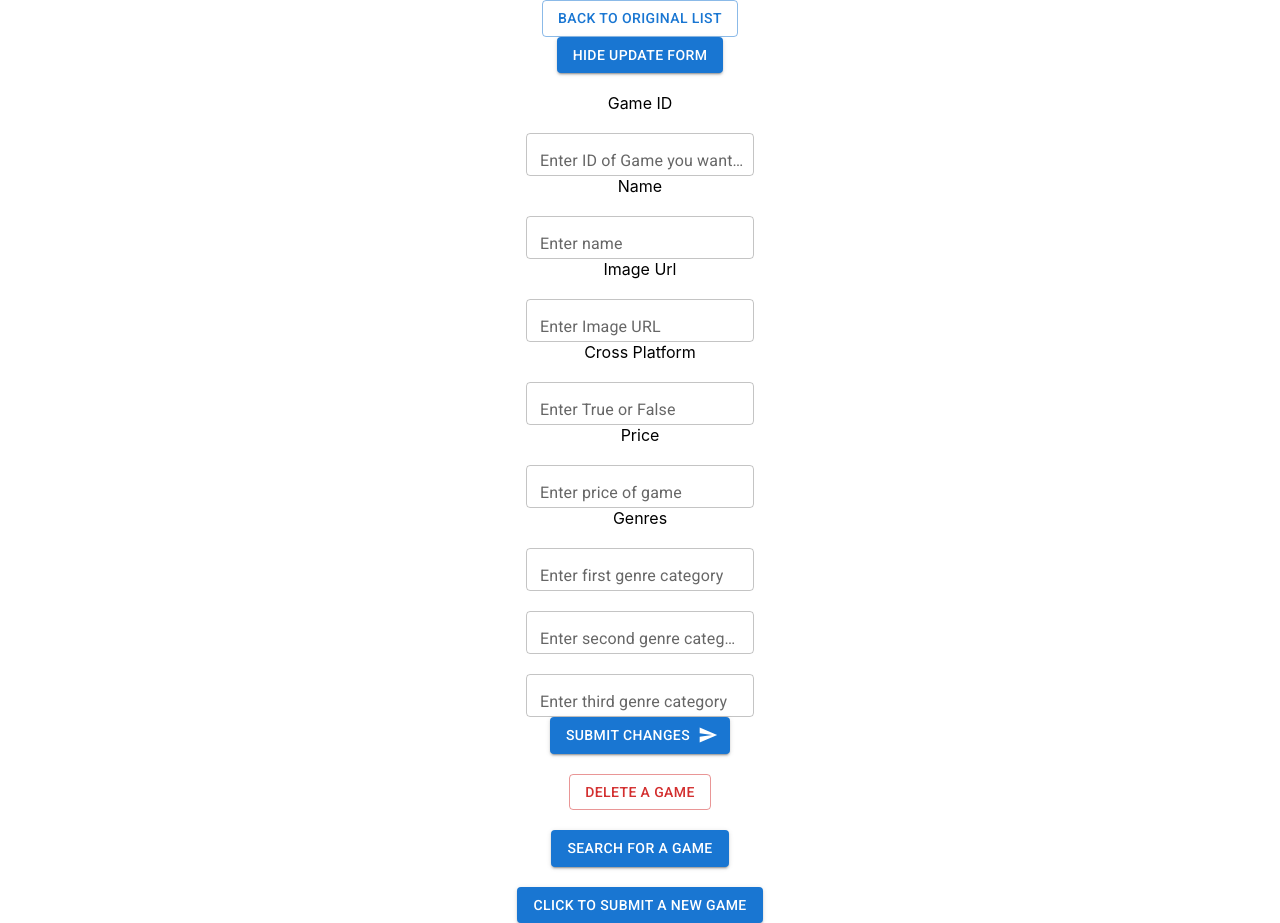
Repository: The-Software-Guild/assessment-2-react-nj10deadend
Page: / (app in Part-2/React-section/frontend/), after clicking the first element matching `button.MuiButton-contained`
These files come from the project's save history. The page is drawn as it stood at one moment and after the next save; the edit follows.
The browser window is 1280 px wide. The pictures show the whole page.
The page's requests for data from a server got no answer. The project was rebuilt for these pictures with package versions that can differ from the ones it lists, and the page was loaded fresh each time. No one was signed in, and anything a server would have sent is missing. Also part of the build but not shown: Part-2/React-section/frontend/src/components/GameCards.js.

Above is the page before, as saved 2021-12-19 22:49:37.

### Part-2/React-section/frontend/public/index.html
<!DOCTYPE html>
<html lang="en">
  <head>
    <meta charset="utf-8" />
    <link rel="icon" href="%PUBLIC_URL%/favicon.ico" />
    <meta name="viewport" content="width=device-width, initial-scale=1" />
    <meta name="theme-color" content="#000000" />
    <meta name="viewport" content="initial-scale=1, width=device-width" />
    <meta
      name="description"
      content="Web site created using create-react-app"
    />
    <link rel="apple-touch-icon" href="%PUBLIC_URL%/logo192.png" />
    <!--
      manifest.json provides metadata used when your web app is installed on a
      user's mobile device or desktop. See https://developers.google.com/web/fundamentals/web-app-manifest/
    -->
    <link rel="manifest" href="%PUBLIC_URL%/manifest.json" />
    <!--
      Notice the use of %PUBLIC_URL% in the tags above.
      It will be replaced with the URL of the `public` folder during the build.
      Only files inside the `public` folder can be referenced from the HTML.

      Unlike "/favicon.ico" or "favicon.ico", "%PUBLIC_URL%/favicon.ico" will
      work correctly both with client-side routing and a non-root public URL.
      Learn how to configure a non-root public URL by running `npm run build`.
    -->
    <link
      rel="stylesheet"
      href="https://fonts.googleapis.com/css?family=Roboto:300,400,500,700&display=swap"
    />
    <link
      rel="stylesheet"
      href="https://fonts.googleapis.com/icon?family=Material+Icons"
    />
    <title>React App</title>
  </head>
  <body>
    <noscript>You need to enable JavaScript to run this app.</noscript>
    <div id="root"></div>
    <!--
      This HTML file is a template.
      If you open it directly in the browser, you will see an empty page.

      You can add webfonts, meta tags, or analytics to this file.
      The build step will place the bundled scripts into the <body> tag.

      To begin the development, run `npm start` or `yarn start`.
      To create a production bundle, use `npm run build` or `yarn build`.
    -->
  </body>
</html>

### Part-2/React-section/frontend/src/index.css
body {
  margin: 0;
  font-family: -apple-system, BlinkMacSystemFont, 'Segoe UI', 'Roboto', 'Oxygen',
    'Ubuntu', 'Cantarell', 'Fira Sans', 'Droid Sans', 'Helvetica Neue',
    sans-serif;
  -webkit-font-smoothing: antialiased;
  -moz-osx-font-smoothing: grayscale;
}

code {
  font-family: source-code-pro, Menlo, Monaco, Consolas, 'Courier New',
    monospace;
}

.imgs {
  height: 300px;
  width: 300px;
  border-radius: 5px;
}
.game-cards {
  border-color: lightblue;
  border-style: outset;
}
.divider {
  border-top: 1px dotted lightblue;
}
/* .input-fields {
  height: 10px;
  width: 200px;
} */
#outlined-basic1 {
  height: 10px;
  width: 200px;
}
#outlined-basic2 {
  height: 10px;
  width: 200px;
}
#outlined-basic3 {
  height: 10px;
  width: 200px;
}
#outlined-basic4 {
  height: 10px;
  width: 200px;
}
#outlined-basic5 {
  height: 10px;
  width: 200px;
}
#outlined-basic6 {
  height: 10px;
  width: 200px;
}
#outlined-basic7 {
  height: 10px;
  width: 200px;
}
#outlined-basic8 {
  height: 10px;
  width: 200px;
}

### Part-2/React-section/frontend/src/App.js
import './App.css';
import Home from './components/Home';
import AddGameForm from './components/AddGameForm';
import GameSearch from './components/GameSearch';
import UpdateGame from './components/UpdateGame';
import DeleteGame from './components/DeleteGame';
import axios from 'axios';
import {useState, useEffect} from 'react';
import Container from '@mui/material/Container';

// import {Container} from '@mui/material';
import Button from '@mui/material/Button';
// import Typography from '@mui/material/Typography';

function App() {

  const [gameData, setGameData] = useState([]);

  function getFetchGameServer () {
    axios.get(`http://localhost:8080/allGames`)
      .then(res => {
        setGameData(res.data)
      })

  }

  useEffect(getFetchGameServer, []);

  return (
    // <div className="App">
    <Container className="App">

      <Button variant="outlined"onClick={getFetchGameServer}>Back to Original List</Button>
      <UpdateGame getFetchGameServer={getFetchGameServer}/>
      <br></br>
      <DeleteGame getFetchGameServer={getFetchGameServer} />
      <br></br>
      <GameSearch setGameData={setGameData}/>
      <br></br>
      <AddGameForm setGameData={setGameData}/>


      <Home gameData={gameData}/>

    </Container>

  );
}

export default App;

### Part-2/React-section/frontend/src/components/Home.js
import GameCards from "./GameCards";


function Home ({gameData}) {

    const renderGameData = gameData.map(eachGame => {
        // console.log(eachGame._id);
        return (
            <GameCards key={eachGame._id} eachGame={eachGame} />
        )
    })
    return (
        <div>
            {renderGameData}

        </div>
    )
}

export default Home;

### Part-2/React-section/frontend/src/components/AddGameForm.js
import {useState, useEffect} from 'react';
import axios from 'axios';
import Button from '@mui/material/Button';
import SendIcon from '@mui/icons-material/Send';
import TextField from '@mui/material/TextField';


function AddGameForm ({setGameData}) {

    const [clicked, setClicked] = useState(false);
    const [submitted, setSubmitted] = useState(false);
    const [name, setName] = useState("");
    const [img, setImg] = useState("");
    const [crossPlatform, setCrossPlatform] = useState("");
    const [price, setPrice] = useState("");
    const [genres, setGenres] = useState(["", "", ""]);
    const buttonText = clicked ? "Hide Submission Form" : "Click to Submit a New Game"

    function postRequest() {
        return axios.post('http://localhost:8080/allGames', {
            name: name,
            img: img,
            cross_platform: crossPlatform,
            price: price,
            genres: genres
        })
        .then(function (response) {
            console.log(response);
            return response.data;
        })
        .catch(function (error) {
            console.log(error);
            return null;
        });
    }

    async function onSubmit(event) {
        event.preventDefault();
        setName("");
        setImg("");
        setCrossPlatform("");
        setPrice("");
        setGenres(["", "", ""]);
        const newGame = await postRequest();
        // console.log(newGame);
        setGameData((oldInfo)=> {
            // console.log(oldInfo)
            return [...oldInfo, newGame]
        })
    }

    return (
        <div>
            <Button variant="contained" onClick={() => {setClicked(!clicked)}}>{buttonText}</Button>
            {clicked && (
                <form onSubmit={onSubmit}>
                <div>
                    <label for="name">Name</label>
                    <br></br>
                    <br></br>
                    <TextField id="outlined-basic2" label="Enter name"
                    variant="outlined"
                    onChange={(event) => {setName(event.target.value)}}
                    value = {name}
                    />
                </div>
                <div>
                    <label for="img">Image Url</label>
                    <br></br>
                    <br></br>
                    <TextField id="outlined-basic3" label="Enter Image URL"
                    variant="outlined"
                    onChange={(event) => {setImg(event.target.value)}}
                    value = {img}
                    />
                </div>
                <div>
                    <label for="cross platform">Cross Platform</label>
                    <br></br>
                    <br></br>
                    <TextField id="outlined-basic4" label="Enter True or False"
                    variant="outlined"
                    onChange={(event) => {setCrossPlatform(event.target.value)}}
                    value = {crossPlatform}
                    />
                </div>
                <div>
                    <label for="price">Price</label>
                    <br></br>
                    <br></br>
                    <TextField id="outlined-basic5" label="Enter price of game"
                    variant="outlined"
                    onChange={(event) => {setPrice(event.target.value)}}
                    value = {price}
                    />
                </div>
                <div>
                    <label for="genres">Genres</label>
                    <br></br>
                    <br></br>
                    <TextField id="outlined-basic6" label="Enter first genre category"
                    variant="outlined"
                    onChange={(event) => {setGenres([event.target.value, genres[1], genres[2]])}}
                    value = {genres[0]}
                    />
                    <br></br>
                    <br></br>
                    <TextField id="outlined-basic7" label="Enter second genre category"
                    variant="outlined"
                    onChange={(event) => {setGenres([genres[0], event.target.value, genres[2] ])}}
                    value = {genres[1]}
                    />
                    <br></br>
                    <br></br>
                    <TextField id="outlined-basic8" label="Enter third genre category"
                    variant="outlined"
                    onChange={(event) => {setGenres([genres[0], genres[1], event.target.value])}}
                    value = {genres[2]}
                    />

                </div>
                <Button variant="contained" endIcon={<SendIcon />} type="submit">Submit new Game</Button>

            </form>
                // <form onSubmit={onSubmit}>
                //     <div>
                //         <label for="name">Name</label>
                //         <br></br>
                //         <input type="text" name="name" placeholder="Enter name" id="name"
                //         value={name} onChange={(event) => {setName(event.target.value)}}/>
                //     </div>
                //     <div>
                //         <label for="img">Image Url</label>
                //         <br></br>
                //         <input type="text" name="img" placeholder="Enter image URL" id="img"
                //         value={img} onChange={(event) => {setImg(event.target.value)}}/>
                //     </div>
                //     <div>
                //         <label for="cross platform">Cross Platform</label>
                //         <br></br>
                //         <input type="text" name="cross platform" placeholder="Enter true or false" id="cross_platform"
                //         value={crossPlatform} onChange={(event) => {setCrossPlatform(event.target.value)}}/>
                //     </div>
                //     <div>
                //         <label for="price">Price</label>
                //         <br></br>
                //         <input type="text" name="price" placeholder="Enter price of game" id="price"
                //         value={price} onChange={(event) => {setPrice(event.target.value)}} />
                //     </div>
                //     <div>
                //         <label for="genres">Genres</label>
                //         <br></br>
                //         <input type="text" name="genre1" placeholder="Enter first genre category" id="genre1"
                //         value={genres[0]} onChange={(event) => {setGenres([event.target.value, genres[1], genres[2]])}}/>
                //         <br></br>
                //         <input type="text" name="genre2" placeholder="Enter second genre category" id="genre2"
                //         value={genres[1]} onChange={(event) => {setGenres([genres[0], event.target.value, genres[2] ])}}/>
                //         <br></br>
                //         <input type="text" name="genre3" placeholder="Enter third genre category" id="genre3"
                //         value={genres[2]} onChange={(event) => {setGenres([genres[0], genres[1], event.target.value])}}/>
                //     </div>
                //     {/* <Button variant="contained" type="submit">Submit new Game</Button> */}
                    // <Button variant="contained" endIcon={<SendIcon />} type="submit">Submit new Game</Button>


                // </form>
            )}


        </div>
    )
}

export default AddGameForm;

### Part-2/React-section/frontend/src/components/GameSearch.js
import {useState} from 'react';
import axios from 'axios';
import Button from '@mui/material/Button';
import TextField from '@mui/material/TextField';



function GameSearch ({setGameData}) {

    const [searchId, setSearchId] = useState("");
    const [clicked, setClicked] = useState(false);

    const searchGameText = clicked ? "Hide Search Form" : "Search for a Game"

    function getFetchOneGame () {
        axios.get(`http://localhost:8080/allGames/${searchId}`)
          .then(res => {
            setGameData([res.data])
        })

    }

    function onSearch(event) {
        event.preventDefault()
        setSearchId("");
        getFetchOneGame();
    }

    return (
        <div>
            <Button variant="contained" onClick={() => {setClicked(!clicked)}}>{searchGameText}</Button>
            {clicked && (
                <form onSubmit={onSearch}>
                    {/* <input type="text" placeholder="Search for game by id..."
                    onChange={(event) => {setSearchId(event.target.value)}}
                    value = {searchId}
                    /> */}
                    <br></br>
                    <TextField id="outlined-basic" label="Search for game by id"
                    variant="outlined"
                    onChange={(event) => {setSearchId(event.target.value)}}
                    value = {searchId}
                    />
                    <br></br>
                    <Button variant="outlined" type="submit">Search</Button>
                </form>
            )}
        </div>
    )
}

export default GameSearch;

### Part-2/React-section/frontend/src/components/UpdateGame.js
import {useState} from 'react';
import axios from 'axios';
import Button from '@mui/material/Button';
import Box from '@mui/material/Box';
import TextField from '@mui/material/TextField';
import SendIcon from '@mui/icons-material/Send';



function UpdateGame ({getFetchGameServer}) {
    const [name, setName] = useState("");
    const [img, setImg] = useState("");
    const [crossPlatform, setCrossPlatform] = useState("");
    const [price, setPrice] = useState("");
    const [genres, setGenres] = useState(["", "", ""]);

    const [clicked, setClicked] = useState(false);
    const [searchId, setSearchId] = useState("");

    const updateButtonText = clicked ? "Hide Update Form" : "Update game details"

    async function patchRequest () {
        await axios.patch(`http://localhost:8080/allGames/update/${searchId}`,  {
            name: name,
            img: img,
            cross_platform: crossPlatform,
            price: price,
            genres: genres
        })
    }

    async function updateChanges (event) {
        event.preventDefault();
        await patchRequest();
        getFetchGameServer();
        setSearchId("");
        setName("");
        setImg("");
        setCrossPlatform("");
        setPrice("");
    }
    return (
        <Box sx={{ borderRadius: '50%' }}>
            <Button variant="contained" onClick={() => {setClicked(!clicked)}}>{updateButtonText}</Button>
                {clicked && (
                    <div>
                        <br></br>
                        <form onSubmit={updateChanges}>
                            <div>
                                <label for="game-id">Game ID</label>
                                <br></br>
                                <br></br>
                                <TextField id="outlined-basic1" label="Enter ID of Game you want to update"
                                variant="outlined"
                                onChange={(event) => {setSearchId(event.target.value)}}
                                value = {searchId}
                                />
                            </div>
                            <div>
                                <label for="name">Name</label>
                                <br></br>
                                <br></br>
                                <TextField id="outlined-basic2" label="Enter name"
                                variant="outlined"
                                onChange={(event) => {setName(event.target.value)}}
                                value = {name}
                                />
                            </div>
                            <div>
                                <label for="img">Image Url</label>
                                <br></br>
                                <br></br>
                                <TextField id="outlined-basic3" label="Enter Image URL"
                                variant="outlined"
                                onChange={(event) => {setImg(event.target.value)}}
                                value = {img}
                                />
                            </div>
                            <div>
                                <label for="cross platform">Cross Platform</label>
                                <br></br>
                                <br></br>
                                <TextField id="outlined-basic4" label="Enter True or False"
                                variant="outlined"
                                onChange={(event) => {setCrossPlatform(event.target.value)}}
                                value = {crossPlatform}
                                />
                            </div>
                            <div>
                                <label for="price">Price</label>
                                <br></br>
                                <br></br>
                                <TextField id="outlined-basic5" label="Enter price of game"
                                variant="outlined"
                                onChange={(event) => {setPrice(event.target.value)}}
                                value = {price}
                                />
                            </div>
                            <div>
                                <label for="genres">Genres</label>
                                <br></br>
                                <br></br>
                                <TextField id="outlined-basic6" label="Enter first genre category"
                                variant="outlined"
                                onChange={(event) => {setGenres([event.target.value, genres[1], genres[2]])}}
                                value = {genres[0]}
                                />
                                <br></br>
                                <br></br>
                                <TextField id="outlined-basic7" label="Enter second genre category"
                                variant="outlined"
                                onChange={(event) => {setGenres([genres[0], event.target.value, genres[2] ])}}
                                value = {genres[1]}
                                />
                                <br></br>
                                <br></br>
                                <TextField id="outlined-basic8" label="Enter third genre category"
                                variant="outlined"
                                onChange={(event) => {setGenres([genres[0], genres[1], event.target.value])}}
                                value = {genres[2]}
                                />

                            </div>
                            <Button variant="contained" endIcon={<SendIcon />} type="submit">Submit Changes</Button>

                        </form>
                    </div>
                )}


        </Box>
    )
}

export default UpdateGame;

### Part-2/React-section/frontend/src/components/DeleteGame.js
import axios from 'axios';
import {useState} from 'react';
import Button from '@mui/material/Button';
import DeleteIcon from '@mui/icons-material/Delete';
import TextField from '@mui/material/TextField';


function DeleteGame ({getFetchGameServer}) {

    const [searchId, setSearchId] = useState("");
    const [clicked, setClicked] = useState(false);

    const deleteText = clicked ? "Hide Delete Form" : "Delete A Game"

    async function deleteGame () {
        await axios.delete(`http://localhost:8080/allGames/delete/${searchId}`)
    }

    async function onSubmit (event) {
        event.preventDefault();
        await deleteGame();
        getFetchGameServer();
        setSearchId("");

    }
    return (
        <div>
            <Button variant="outlined" color="error" onClick={() => {setClicked(!clicked)}}>{deleteText}</Button>
            {clicked && (
                <form onSubmit={onSubmit}>
                    <br></br>
                    <div>
                    <TextField id="outlined-basic" label="Enter ID of Game you want Deleted"
                    variant="outlined"
                    onChange={(event) => {setSearchId(event.target.value)}}
                    value = {searchId}
                    />
                    </div>
                    <br></br>
                    <div>
                        <Button type="submit" variant="outlined" color="error" startIcon={<DeleteIcon />}>Delete Game</Button>
                    </div>
                </form>
            )}

        </div>
    )
}
export default DeleteGame;

Loaded but not shown: Part-2/React-section/frontend/src/index.js (common file); Part-2/React-section/frontend/src/reportWebVitals.js (common file); Part-2/React-section/frontend/src/App.css (common file)

After the next save:
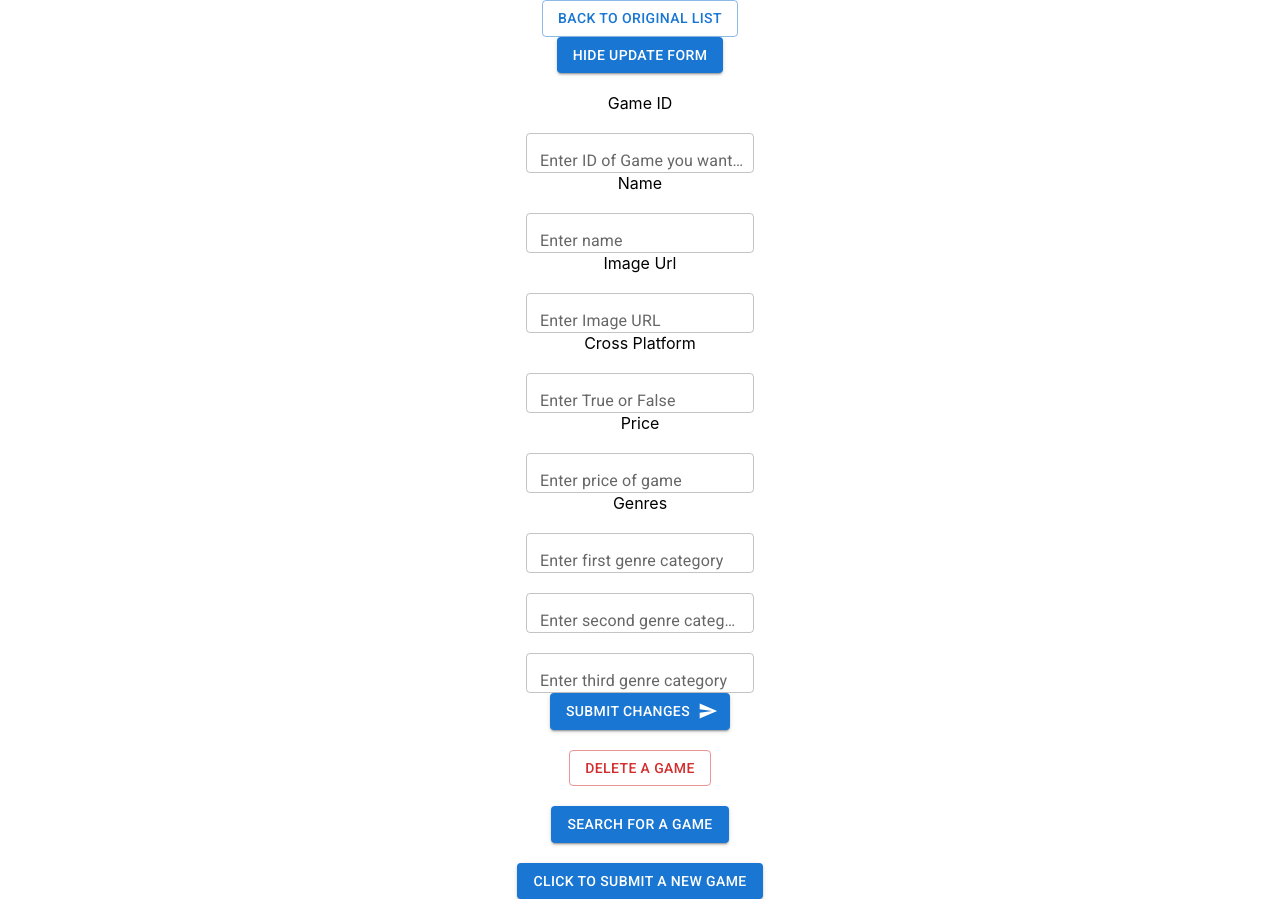
Saved 40 s later.
--- a/Part-2/React-section/frontend/src/index.css
+++ b/Part-2/React-section/frontend/src/index.css
@@ -29,34 +29,34 @@ code {
   width: 200px;
 } */
 #outlined-basic1 {
-  height: 10px;
+  height: 7px;
   width: 200px;
 }
 #outlined-basic2 {
-  height: 10px;
+  height: 7px;
   width: 200px;
 }
 #outlined-basic3 {
-  height: 10px;
+  height: 7px;
   width: 200px;
 }
 #outlined-basic4 {
-  height: 10px;
+  height: 7px;
   width: 200px;
 }
 #outlined-basic5 {
-  height: 10px;
+  height: 7px;
   width: 200px;
 }
 #outlined-basic6 {
-  height: 10px;
+  height: 7px;
   width: 200px;
 }
 #outlined-basic7 {
-  height: 10px;
+  height: 7px;
   width: 200px;
 }
 #outlined-basic8 {
-  height: 10px;
+  height: 7px;
   width: 200px;
 }
